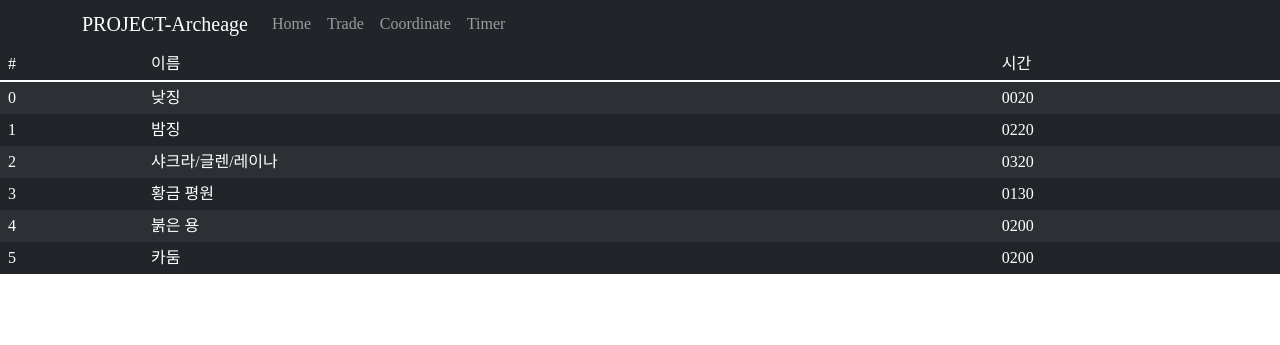
Repository: minsang98/project-archeage
Page: /timer
An editor plug-in stored every save of this project. The page is shown before and after the next save, followed by the edit.
The browser window is 1280 px wide. The pictures show the whole page.
The project was rebuilt for these pictures with package versions that can differ from the ones it lists, and the page was loaded fresh each time. Imported but missing from the stored project, and not drawn on this page: src/components/Timer/lol.mp3.

Above is the page before, as saved 2022-01-10 22:52:51.

### src/components/Navigation.js
import React from 'react';
import { Navbar, Container, Nav } from 'react-bootstrap';
import { Link } from 'react-router-dom';

const Navigation = () => {
  return (
    /* NAVIGATION COMPONENT */
    <Navbar bg="dark" variant="dark">
      <Container>
        <Navbar.Brand href="#home">PROJECT-Archeage</Navbar.Brand>
        <Nav className="me-auto">
          <Nav.Link to="/" as={Link}>
            Home
          </Nav.Link>
          <Nav.Link to="/trade" as={Link}>
            Trade
          </Nav.Link>
          <Nav.Link to="/coordinate" as={Link}>
            Coordinate
          </Nav.Link>
          <Nav.Link to="/timer" as={Link}>
            Timer
          </Nav.Link>
        </Nav>
      </Container>
    </Navbar>
  );
};

export default Navigation;

### src/components/Loading.js
import React from 'react';
import { Spinner } from 'react-bootstrap';

const Loading = () => {
  return (
    /* LOADING COMPONENT */
    <Spinner animation="border" role="status">
      <span className="visually-hidden">Loading...</span>
    </Spinner>
  );
};

export default Loading;

### src/container/TimerContainer.js
import React from 'react';

import Timer from '../components/Timer/Timer';

const TimerContainer = () => {
  return (
    <div>
      <Timer />
    </div>
  );
};

export default TimerContainer;

### src/components/Timer/Timer.js
import React from 'react';
import styled from 'styled-components';

import sound from './lol.mp3';
import schedule from './schedule.js';

import { Table } from 'react-bootstrap';

// const
const Timer = () => {
  const audio = new Audio(sound);
  // audio.play();
  return (
    <div>
      <Table striped bordered hover variant="dark">
        <thead>
          <tr>
            <th>#</th>
            <th>이름</th>
            <th>시간</th>
          </tr>
        </thead>
        <tbody>
          {schedule.map((v) => (
            <tr key={v.id}>
              {console.log(v.name)}
              <td>{v.id}</td>
              <td>{v.name}</td>
              <td>{v.time[0]}</td>
            </tr>
          ))}
        </tbody>
      </Table>
    </div>
  );
};

export default Timer;

### src/components/Timer/schedule.js
/* eslint-disable import/no-anonymous-default-export */
export default [
  {
    id: 0,
    name: '낮징',
    location: ['이니스테르', '십자별 평원', '태양의 들녘'],
    compensation: [],
    time: [
      '0020',
      '0120',
      '0420',
      '0520',
      '0820',
      '0920',
      '1220',
      '1320',
      '1620',
      '1720',
      '2020',
      '2120',
    ],
  },
  {
    id: 1,
    name: '밤징',
    location: ['이니스테르', '십자별 평원'],
    compensation: [],
    time: ['0220', '0620', '1020', '1420', '1820', '2220'],
  },
  {
    id: 2,
    name: '샤크라/글렌/레이나',
    location: ['심연의 입구', '태양의 들녘'],
    compensation: [],
    time: ['0320', '0720', '1120', '1520', '1920', '2320'],
  },
  {
    id: 3,
    name: '황금 평원',
    location: ['인스턴스 / 세력전'],
    compensation: [],
    time: ['0130', '1430', '2030'],
  },
  {
    id: 4,
    name: '붉은 용',
    location: ['인스턴스 / 공격대'],
    compensation: [],
    time: ['0200', '1515', '2115'],
  },
  {
    id: 5,
    name: '카둠',
    location: ['인스턴스 / 공격대'],
    compensation: [],
    time: ['0200', '1515', '2115'],
  },
];

Loaded but not shown: public/index.html (common file); src/index.js (common file); src/index.css (common file); src/App.js (common file); src/reportWebVitals.js (common file); src/App.css (common file)

After the next save:
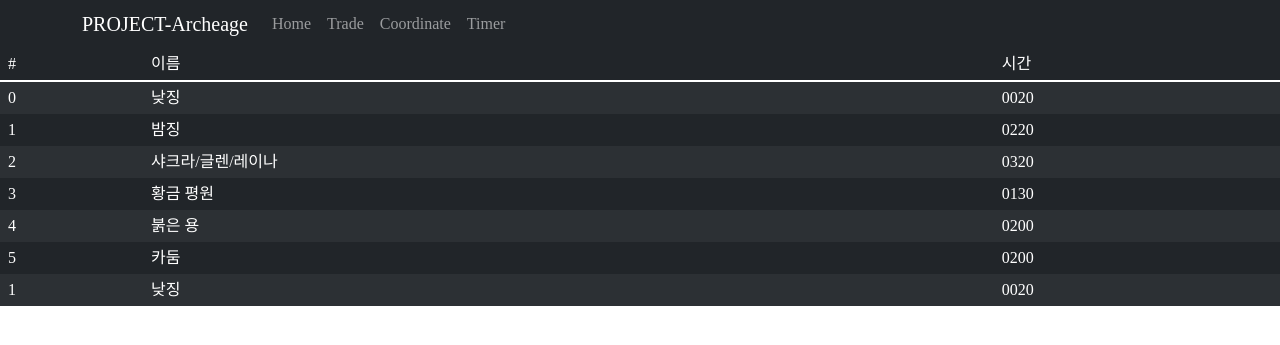
Saved 4 min 16 s later.
--- a/src/components/Timer/schedule.js
+++ b/src/components/Timer/schedule.js
@@ -55,4 +55,5 @@
     compensation: [],
     time: ['0200', '1515', '2115'],
   },
+  { id: 1, name: '낮징', location: ['이니스테르,십자별 평원'], time: ['0020'] },
 ];

After the save that followed:
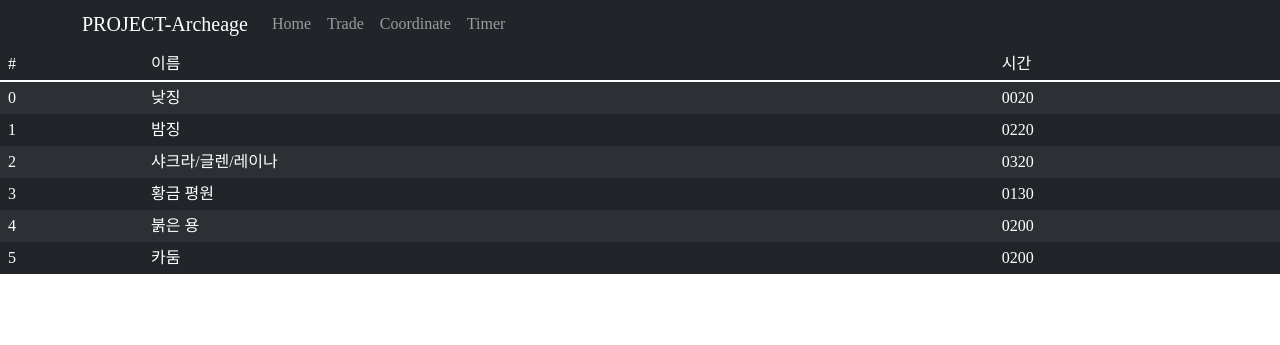
Saved 4 min 37 s later.
--- a/src/components/Timer/schedule.js
+++ b/src/components/Timer/schedule.js
@@ -55,5 +55,14 @@
     compensation: [],
     time: ['0200', '1515', '2115'],
   },
-  { id: 1, name: '낮징', location: ['이니스테르,십자별 평원'], time: ['0020'] },
+  // { id: 1, name: '낮징', location: ['이니스테르, 십자별 평원'], time: ['0020'] },
+  // { id: 2, name: '낮징', location: ['태양의 들녘'], time: ['0120'] },
+  // { id: 3, name: '세력 명예의 전장', location: ['인스턴스'], time: ['0130'] },
+  // { id: 3, name: '용/카둠', location: ['인스턴스'], time: ['0200'] },
+  // { id: 4, name: '밤징', location: ['이니스테르, 십자별 평원'], time: ['0220'] },
+  // { id: 5, name: '샤크라/글렌/레이나', location: ['심연의 입구, 태양의 들녘'], time: ['0320'] },
+  // { id: 6, name: '낮징', location: ['이니스테르, 십자별 평원'], time: ['0420'] },
+  // { id: 7, name: '낮징', location: ['태양의 들녘'], time: ['0520'] },
+  // { id: 8, name: '밤징', location: ['이니스테르, 십자별 평원'], time: ['0620'] },
+  // { id: 9, name: '샤크라/글렌/레이나', location: ['심연의 입구, 태양의 들녘'], time: ['0720'] },
 ];
